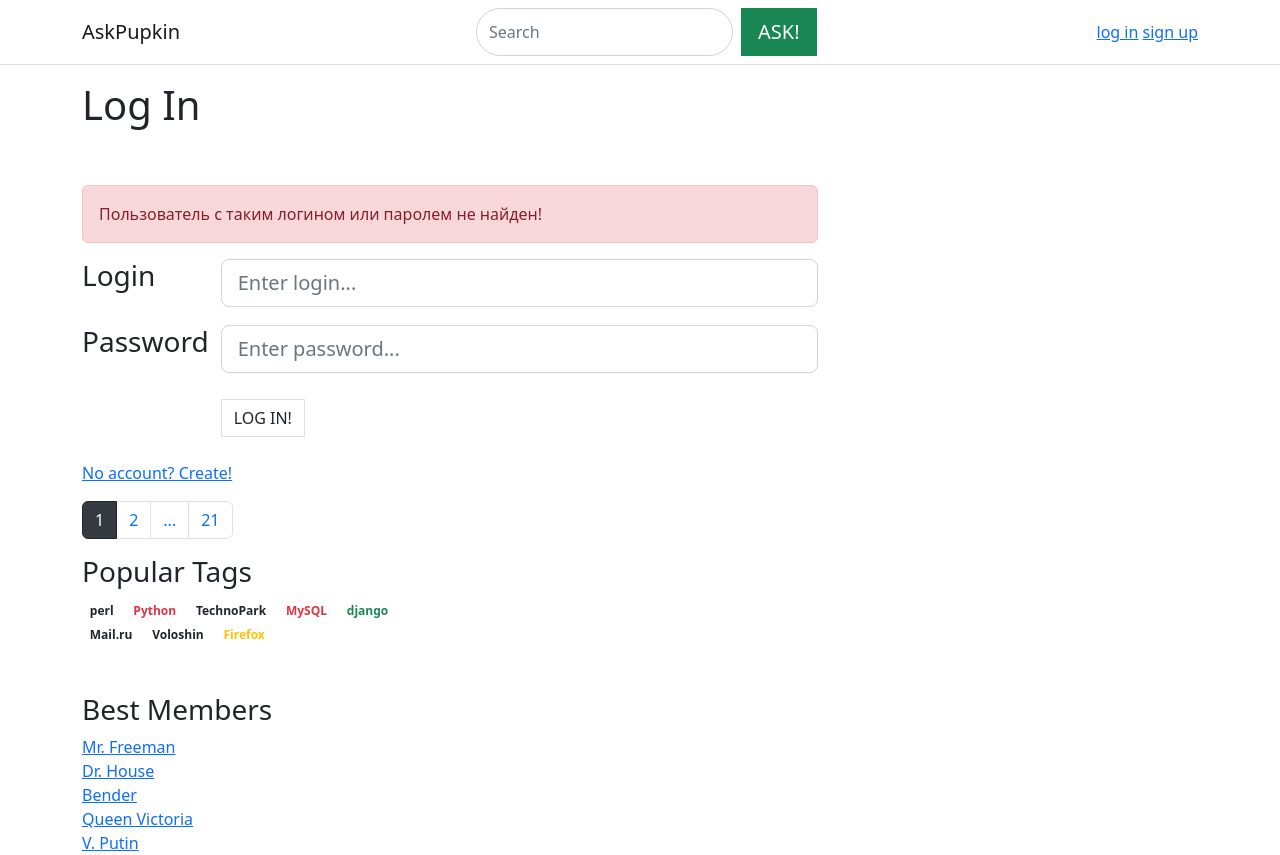
Repository: MiniDan21/askme_molchanov_django
Page: http://localhost/login
An editor plug-in stored every save of this project. The page is shown before and after the next save, followed by the edit.
The browser window is 1280 px wide. The pictures show the whole page.
The page is served by the project's application, run on Django 5.2 (manage.py). Other server files are loaded and not shown.

Above is the page before, as saved 2024-04-09 18:58:15.

### templates/login.html
{% extends 'layouts/base.html' %}

{% block main %}
      <div class="d-flex gap-3 align-items-center">
        <h1>Log In</h1>
      </div>
      <div class="row mt-5">
        <div class="col-8">
          <form action="/login" method="POST">
            <div
              class="alert alert-danger"
              role="alert"
            >
              Пользователь с таким логином или паролем не найден!
            </div>
            <div class="row mb-3">
              <div class="col-2">
                <h3 class="card-title">
                  Login
                </h3>
              </div>
              <div class="col form-check">
                <input
                  class="form-control form-control-lg"
                  type="text"
                  placeholder="Enter login..."
                  maxlength="64"
                  required
                />
              </div>
            </div>
            <div class="row mb-3">
              <div class="col-2">
                <h3 class="card-title">
                  Password
                </h3>
              </div>
              <div class="col form-check">
                <input
                  class="form-control form-control-lg"
                  type="password"
                  placeholder="Enter password..."
                  maxlength="64"
                  required
                />
              </div>
            </div>
            <div class="row mb-3">
              <div class="col-2 m-2"></div>
              <div class="col p-2">
                <button
                  class="btn rounded-0 border"
                  type="submit"
                >LOG IN!</button>
              </div>
            </div>
            <div class="row mb-3">
              <div class="col">
                <a href="./signup.html">No account? Create!</a>
              </div>
            </div>
          </form>
        </div>
        {% include 'layouts/pagination.html' %}
        {% include 'layouts/popular.html' %}
 {% endblock %}

### templates/layouts/base.html
{% load static %}
<!doctype html>
<html lang="en">
  <head>
    <meta charset="utf-8"/>
    <meta
      name="viewport"
      content="width=device-width, initial-scale=1"
    />
    <title>{% block title %} ask-pipkin.com {% endblock %}</title>
    <link
      rel="stylesheet"
      type="text/css"
      href="{% static 'css/bootstrap.css' %}"
    />
    <link
      rel="stylesheet"
      type="text/css"
      href="{% static 'css/custom.css' %}"
    />
  </head>
  <body>
    <nav class="navbar bg-body-tertiary border-bottom">
      {% block navbar %}
      <div class="container-sm-fluid container-lg">
        <a class="navbar-brand" href="/">AskPupkin</a>
        <form
          class="d-flex"
          role="search"
        >
          <input
            class="form-control me-2 rounded-pill"
            type="search"
            placeholder="Search"
            aria-label="Search"
          />
          <button
            class="btn btn-success btn-lg rounded-0"
            type="submit"
          >ASK!</button>
        </form>
        <div class="d-flex justify-content-between gap-3">
          {% include 'layouts/loged_in.html' %}
        </div>
      </div>
    {% endblock %}
    </nav>
    <main class="container-fluid container-lg mt-3">
      {% block main %}
        block main
      {% endblock %}
    </main>
    <!-- <footer class="fixed-bottom p-3 bg-light">
      {% block footer %}
      <div class="container">
        <span class="text-muted">Place sticky footer content here.</span>
      </div>
      {% endblock %}
    </footer> -->
    <script src="../static/js/bootstrap.bundle.min.js"></script>
  </body>
</html>

### templates/layouts/loged_in.html
{{authed}}
{% if authed %}
<div class="border">
  <img
    src="../static/img/alter_avatar.jpg"
    alt="Avatar"
    width="50"
    height="50"
  />
</div>
<div class="d-flex flex-column justify-content-between">
  <div>{{user.nickmame|default:"Dr. Pepper"}}</div>
  <div>
    <a href="{% url 'settings' %}">Settings</a>
    <a href="{% url 'logout' %}">Log out</a>
  </div>
</div>
{% else %}
<div class="d-flex flex-column justify-content-between">
  <div>
    <a href="{% url 'login' %}">log in</a>
    <a href="{% url 'signup' %}">sign up</a>
  </div>
</div>
{% endif %}

### templates/layouts/pagination.html
<nav aria-label="Page navigation example">
    <ul class="pagination">
      <li
        class="page-item active"
        aria-current="page"
      >
        <span class="page-link">1</span>
      </li>
      <li class="page-item">
        <a
          class="page-link"
          href="#"
        >2</a>
      </li>
      <li class="page-item">
        <a
          class="page-link"
          href="#"
        >...</a>
      </li>
      <li class="page-item">
        <a
          class="page-link"
          href="#"
        >21</a>
      </li>
    </ul>
  </nav>
</div>

### templates/layouts/popular.html
<div class="col-4">
    <h3>Popular Tags</h3>
    <div class="row">
      <div class="col">
        <a href="{% url 'tag' 'perl'%}"><span class="badge text-dark">perl</span></a>
        <a href="{% url 'tag' 'Python'%}"><span class="badge text-danger">Python</span></a>
        <a href="{% url 'tag' 'TechnoPark'%}"><span class="badge text-dark">TechnoPark</span></a>
        <a href="{% url 'tag' 'MySQL'%}"><span class="badge text-danger">MySQL</span></a>
        <a href="{% url 'tag' 'django'%}"><span class="badge text-success">django</span></a>
        <a href="{% url 'tag' 'Mail.ru'%}"><span class="badge text-dark">Mail.ru</span></a>
        <a href="{% url 'tag' 'Voloshin'%}"><span class="badge text-dark">Voloshin</span></a>
        <a href="{% url 'tag' 'Firefox'%}"><span class="badge text-warning">Firefox</span></a>
      </div>
    </div>
    <h3 class="mt-5">Best Members</h3>
    <div>
      <a
        href="/member.html"
        class="d-block"
      >
        Mr. Freeman
      </a>
      <a
        href="/member.html"
        class="d-block"
      >
        Dr. House
      </a>
      <a
        href="/member.html"
        class="d-block"
      >
        Bender
      </a>
      <a
        href="/member.html"
        class="d-block"
      >
        Queen Victoria
      </a>
      <a
        href="/member.html"
        class="d-block"
      >V. Putin</a>
    </div>
  </div>
</div>

### app/views.py
from random import randint, sample

from django.http import HttpRequest
from django.shortcuts import get_object_or_404, render, redirect


authed = True
def index(request: HttpRequest):
    questions = []
    TAGS = ['IT', 'JS', 'C++', 'Python', 'Django', 'Golang']
    for i in range(1,30):
        tags = [{'name': tag} for tag in sample(TAGS, randint(1, 3))]
        questions.append({
            'title': f'title {i}',
            'id': i,
            'text': f'text {i}',
            'answers': f'answers {randint(0, 6)}',
            'tags': tags,
            'likes': randint(-10, 10),
            'avatar': '../static/img/alter_question_avatar.jpg',
        })

    return render(request, "index.html", {"questions": questions, "authed": authed})

def question(request, id):
    return render(request, "question.html", {"authed": authed})

def tag(request, tag_name):
    questions = []
    for i in range(1,10):
        questions.append({
            'title': f'title {i}',
            'id': i,
            'text': f'text {i}',
            'answers': f'answers {randint(0, 6)}',
            'tags': [{'name': tag_name}],
            'likes': randint(10, 20),
            'avatar': '../static/img/alter_question_avatar.jpg',
        })
    return render(request, "tag.html", {'questions': questions, 'tag': tag_name, "authed": authed})

def hot(request):
    questions = []
    TAGS = ['IT', 'JS', 'C++', 'Python', 'Django', 'Golang']
    for i in range(1,30):
        tags = [{'name': tag} for tag in sample(TAGS, randint(1, 3))]
        questions.append({
            'title': f'title {i}',
            'id': i,
            'text': f'text {i}',
            'answers': f'answers {randint(0, 6)}',
            'tags': tags,
            'likes': randint(10, 20),
            'avatar': '../static/img/alter_question_avatar.jpg',
        })

    return render(request, "hot.html", {"authed": authed, "questions": sorted(questions, key=lambda x: x['likes'])[::-1]})


def signup(request):
    return render(request, "signup.html")

def login(request: HttpRequest):
    global authed
    authed = True

    return render(request, "login.html")

def ask(request):
    return render(request, "ask.html", {"authed": authed})

def logout(request: HttpRequest):
    global authed
    authed = False
    return redirect('index', permanent=False)

def settings(request):
    return render(request, "settings.html", {"authed": authed})

### askme_molchanov_django/urls.py
"""
URL configuration for askme_molchanov_django project.

The `urlpatterns` list routes URLs to views. For more information please see:
    https://docs.djangoproject.com/en/5.0/topics/http/urls/
Examples:
Function views
    1. Add an import:  from my_app import views
    2. Add a URL to urlpatterns:  path('', views.home, name='home')
Class-based views
    1. Add an import:  from other_app.views import Home
    2. Add a URL to urlpatterns:  path('', Home.as_view(), name='home')
Including another URLconf
    1. Import the include() function: from django.urls import include, path
    2. Add a URL to urlpatterns:  path('blog/', include('blog.urls'))
"""
from django.contrib import admin
from django.urls import path, include

urlpatterns = [
    path("", include("app.urls")),
    path('admin/', admin.site.urls),
]

### app/urls.py
from django.urls import path

from . import views

urlpatterns = [
    path("", views.index, name="index"),
    path("question/<int:id>", views.question, name="question"),
    path("tag/<str:tag_name>", views.tag, name="tag"),
    path("hot", views.hot, name="hot"),
    path("ask", views.ask, name="ask"),
    path("login", views.login, name="login"),
    path("signup", views.signup, name="signup"),
    path("logout", views.logout, name="logout"),
    path("settings", views.settings, name="settings"),
    # # ex: /polls/5/
    # path("<int:question_id>/", views.detail, name="detail"),
    # # ex: /polls/5/results/
    # path("<int:question_id>/results/", views.results, name="results"),
    # # ex: /polls/5/vote/
    # path("<int:question_id>/vote/", views.vote, name="vote"),
]

### static/css/custom.css
textarea{
    resize: none;
}

.pagination {
    --bs-pagination-padding-x: 0.75rem;
    --bs-pagination-padding-y: 0.375rem;
    --bs-pagination-font-size: 1rem;
    --bs-pagination-color: var(--bs-link-color);
    --bs-pagination-bg: #fff;
    --bs-pagination-border-width: 1px;
    --bs-pagination-border-color: #dee2e6;
    --bs-pagination-border-radius: 0.375rem;
    --bs-pagination-hover-color: var(--bs-link-hover-color);
    --bs-pagination-hover-bg: #e9ecef;
    --bs-pagination-hover-border-color: #dee2e6;
    --bs-pagination-focus-color: var(--bs-link-hover-color);
    --bs-pagination-focus-bg: #e9ecef;
    --bs-pagination-focus-box-shadow: 0 0 0 0.25rem rgba(108, 117, 125, 0.25);
    --bs-pagination-active-color: #fff;
    --bs-pagination-active-bg: var(--bs-gray-dark);
    --bs-pagination-active-border-color: var(--bs-gray-900);
    --bs-pagination-disabled-color: #6c757d;
    --bs-pagination-disabled-bg: #fff;
    --bs-pagination-disabled-border-color: #dee2e6;
    display: flex;
    padding-left: 0;
    list-style: none;
  }

Loaded but not shown: static/css/bootstrap.css (library); static/js/bootstrap.bundle.min.js (library)

After the next save:
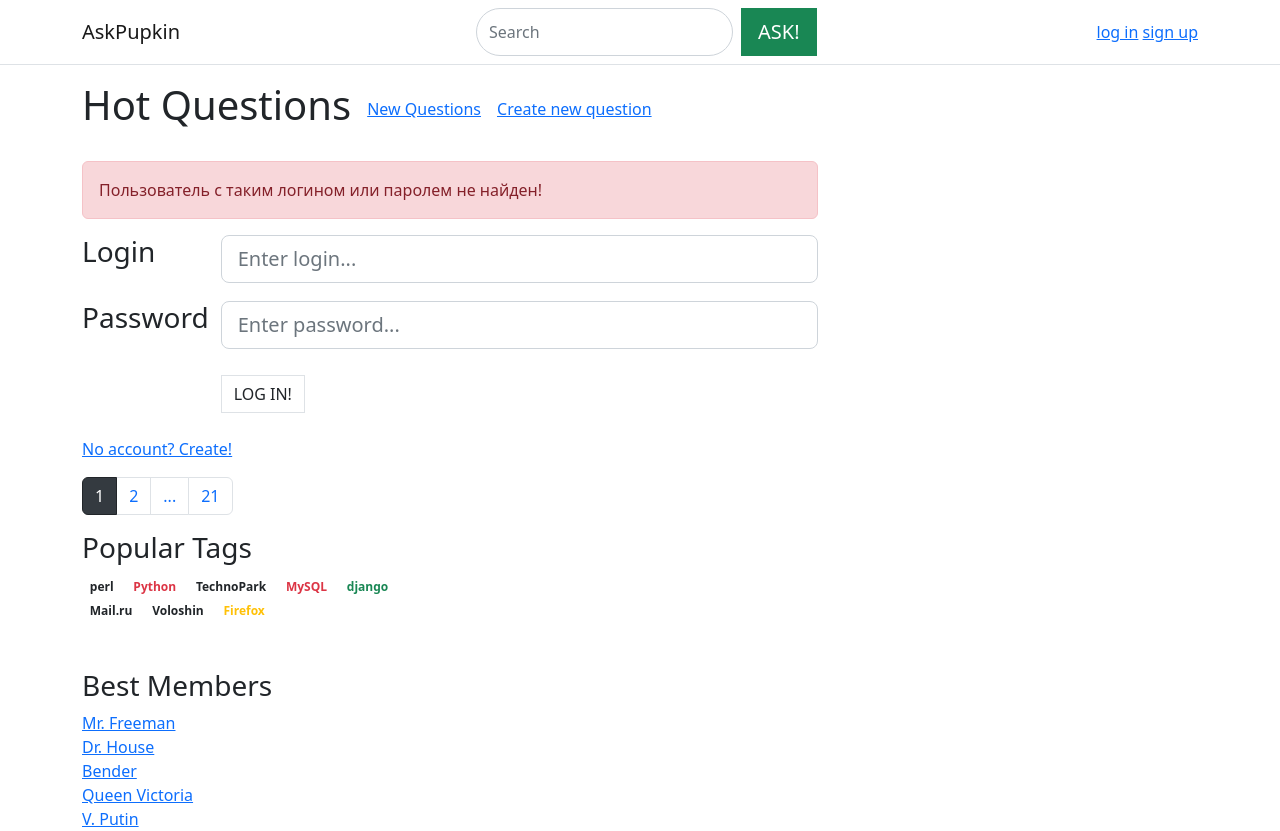
Saved 40 s later.
--- a/templates/login.html
+++ b/templates/login.html
@@ -2,9 +2,11 @@
 
 {% block main %}
       <div class="d-flex gap-3 align-items-center">
-        <h1>Log In</h1>
+        <h1>Hot Questions </h1>
+        <a href="/">New Questions</a>
+        <a href="/ask">Create new question</a>
       </div>
-      <div class="row mt-5">
+      <div class="row mt-4">
         <div class="col-8">
           <form action="/login" method="POST">
             <div

After the save that followed:
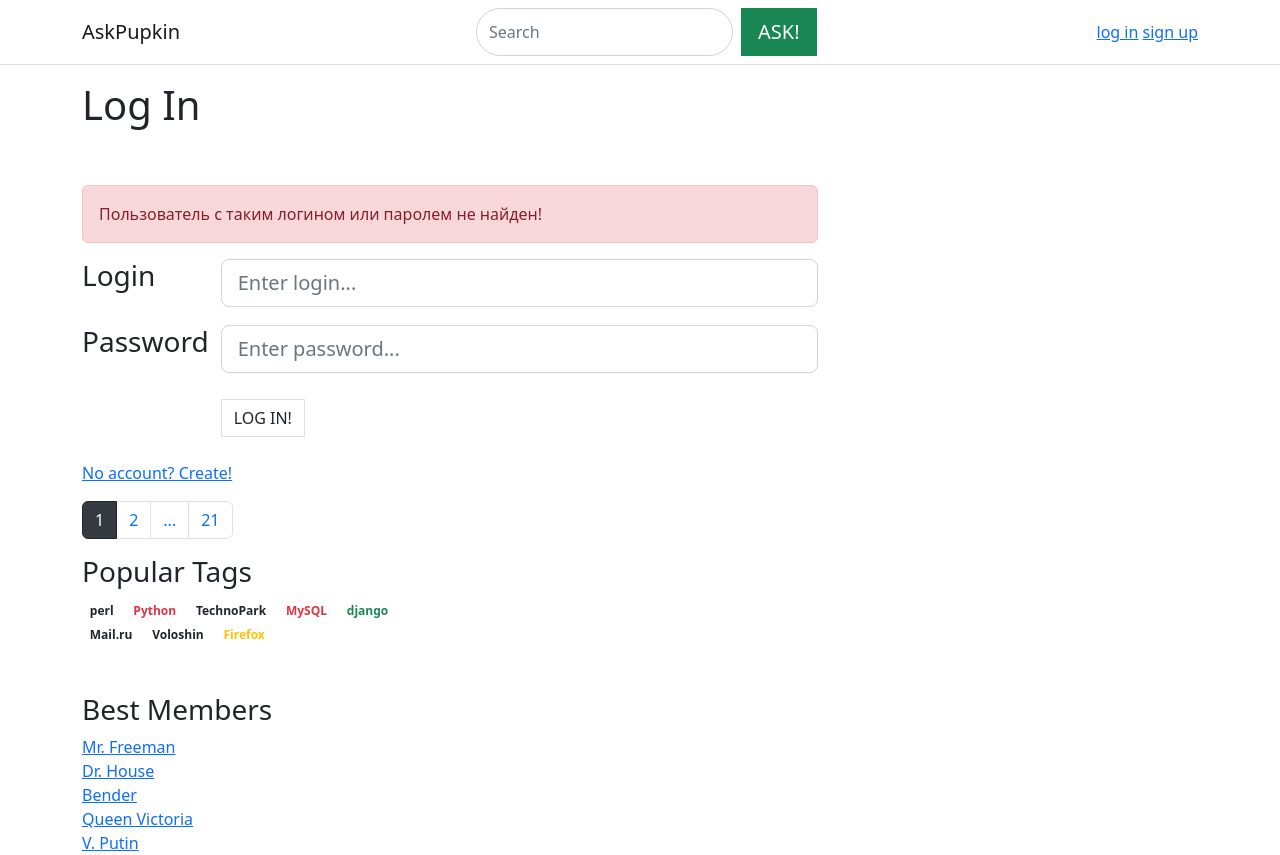
Saved 6 s later.
--- a/templates/login.html
+++ b/templates/login.html
@@ -2,11 +2,9 @@
 
 {% block main %}
       <div class="d-flex gap-3 align-items-center">
-        <h1>Hot Questions </h1>
-        <a href="/">New Questions</a>
-        <a href="/ask">Create new question</a>
+        <h1>Log In</h1>
       </div>
-      <div class="row mt-4">
+      <div class="row mt-5">
         <div class="col-8">
           <form action="/login" method="POST">
             <div
